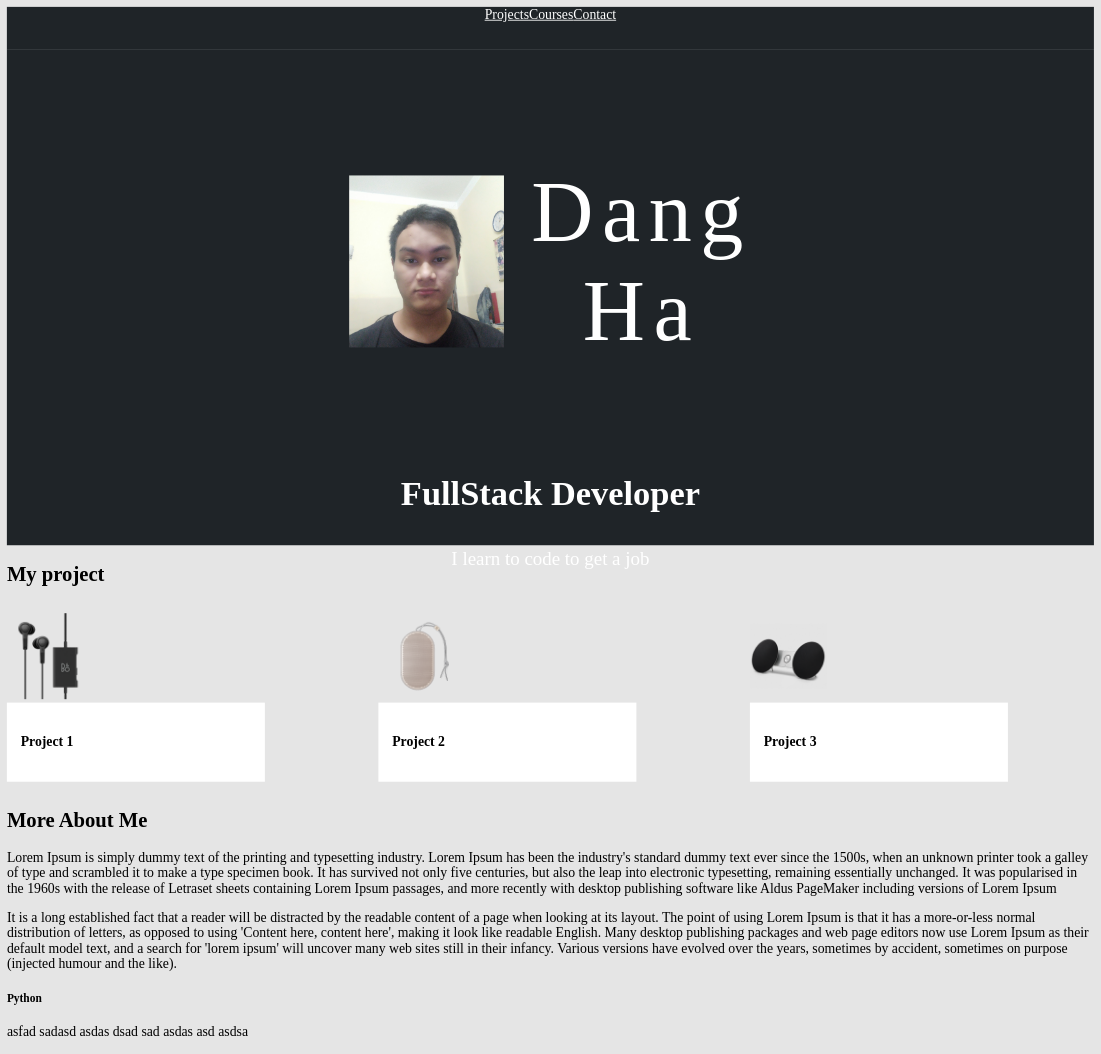
Repository: hagit01/ha-portfolio
Page: home.html
An editor plug-in stored every save of this project. The page is shown before and after a run of saves, followed by the edit.
The browser window is 1280 px wide. The pictures show the whole page, at 86% of full size.

Above is the page before, as saved 2021-07-30 10:59:37.

After the next 2 saves:
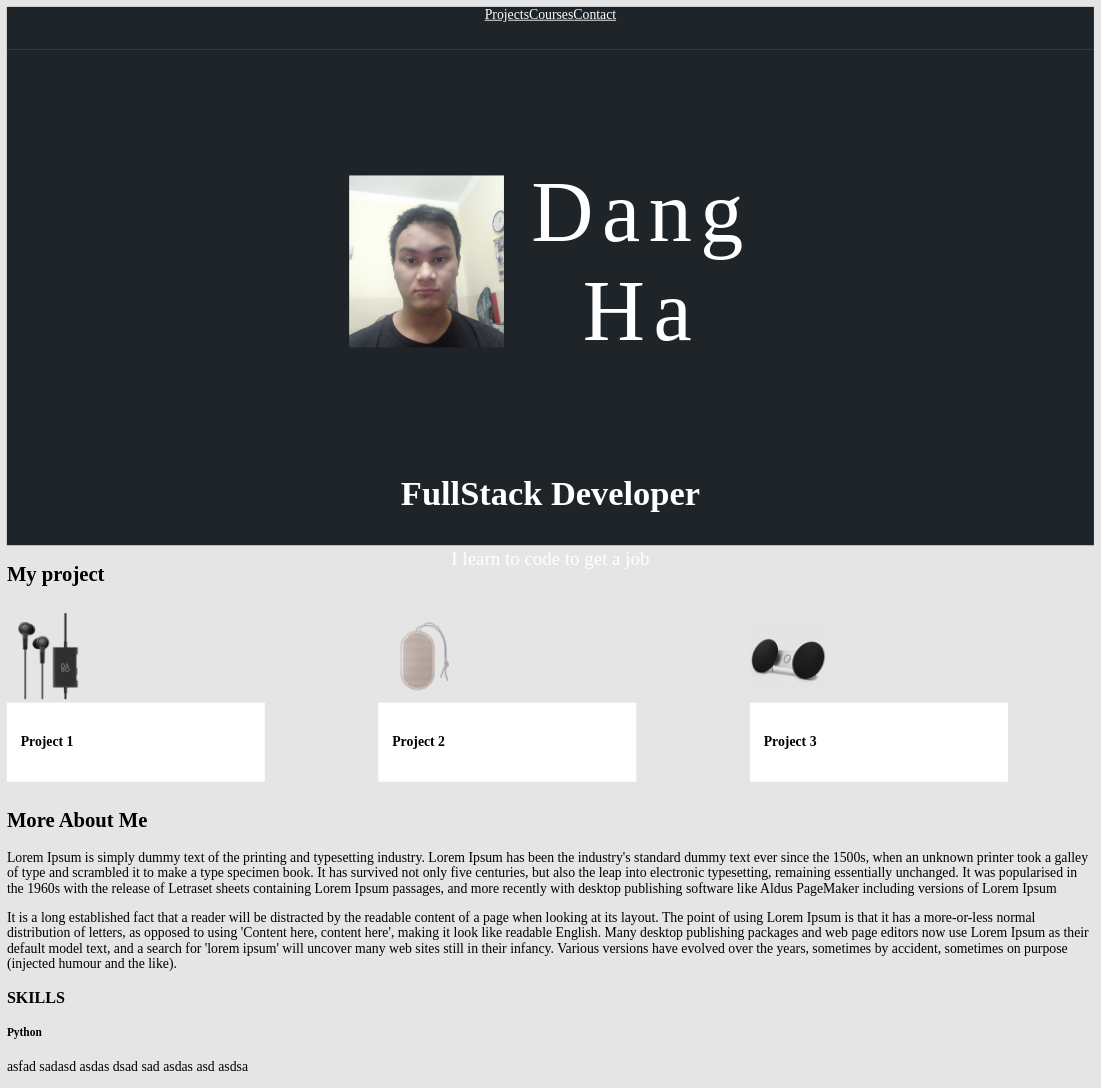
The 2 saves are shown as one change because they came seconds apart.
The last was saved 7 s later.
--- a/home.html
+++ b/home.html
@@ -71,7 +71,7 @@
     </section>
 
     <div class="skills-container">
-        <h3></h3>
+        <h3>SKILLS</h3>
         <div class="skill-wrapper">
             <h5>Python</h5>
             <p>asfad sadasd asdas dsad sad asdas asd asdsa</p>
